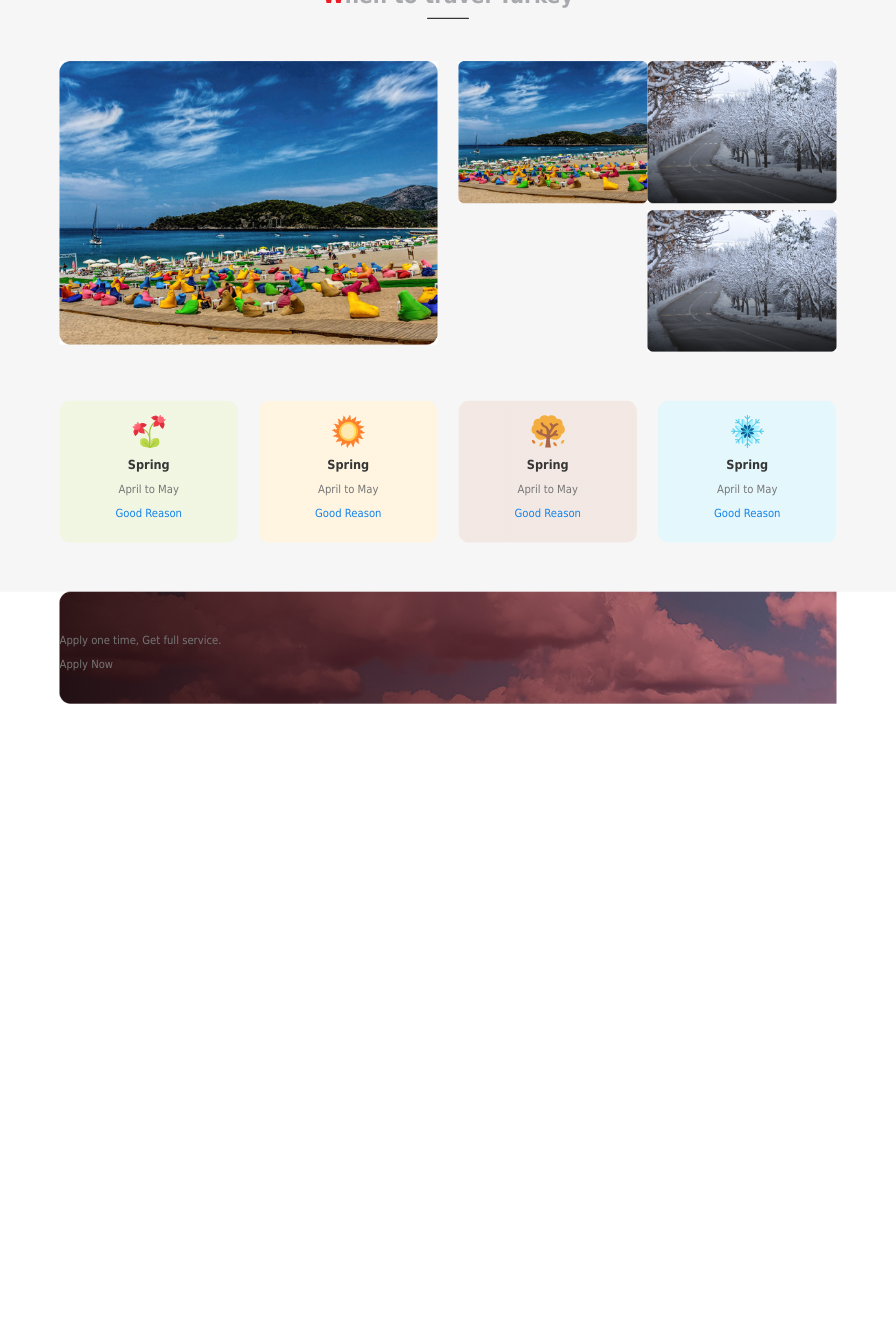
Repository: cvminhquan/turkey
Page: index.html
An editor plug-in stored every save of this project. The page is shown before and after the next save, followed by the edit.
The browser window is 1280 px wide. The pictures show the part of the page from y = 2965 to 4885 px (the page is 30000 px tall), at 70% of full size.
The style sheet was rebuilt from its Sass, Less or Tailwind sources for each picture, by a compiler version that may differ from the author's.

Above is the page before, as saved 2022-09-15 22:38:07.

After the next save:
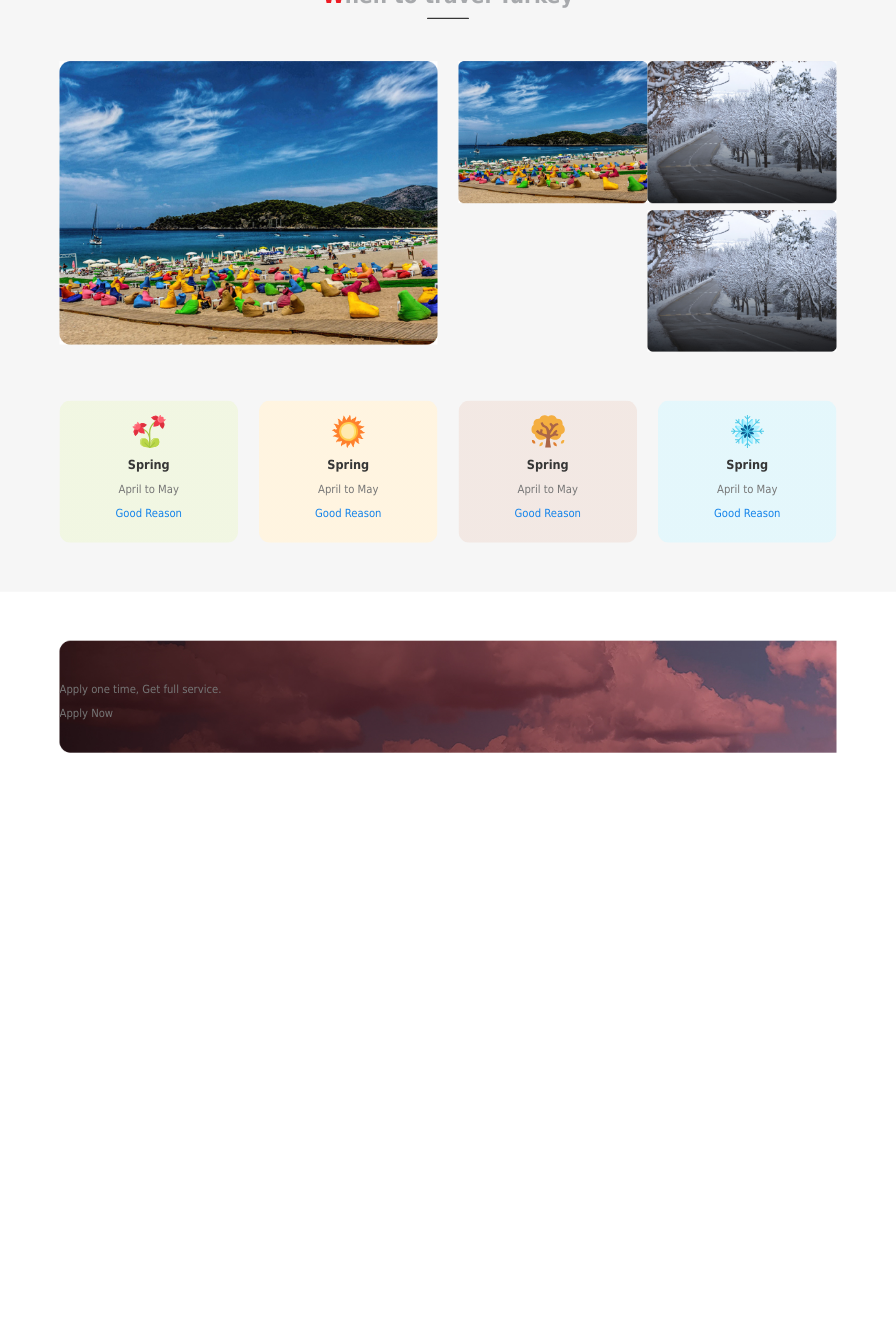
Saved 2 min 51 s later.
--- a/scss/main.scss
+++ b/scss/main.scss
@@ -214,6 +214,7 @@ header {}
 
 //section whychooseus
 .ad-infor {
+    margin-top: 70px;
     padding: 58px 0;
     background: url(../images/img-ad.jpg) no-repeat;
 }
